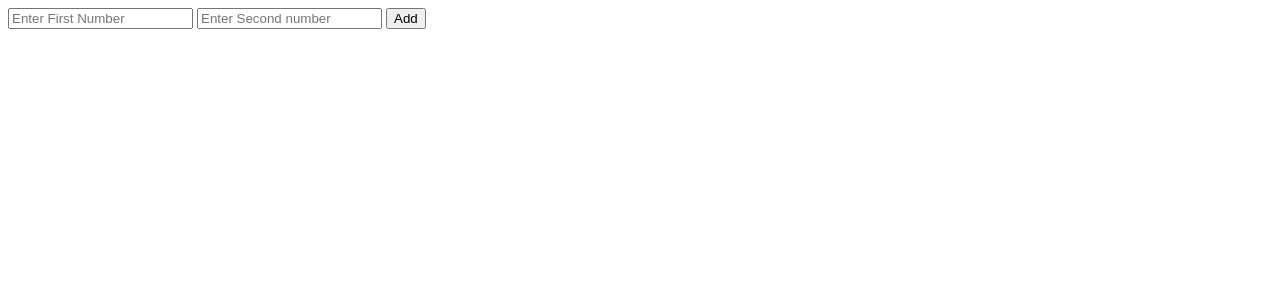
Repository: charlieactor/Skill-Distillery
Page: workspace/CalculatorWebApp/WebContent/WEB-INF/index.html
These files come from the project's save history. The page is drawn as it stood at one moment and after the next save; the edit follows.
The browser window is 1280 px wide. The pictures show the whole page.

Above is the page before, as saved 2017-07-10 23:21:54.

### workspace/CalculatorWebApp/WebContent/WEB-INF/index.html
<!DOCTYPE html>
<html>
<head>
<meta charset="UTF-8">
<title>Calculator</title>
</head>
<body>
 <form action="calculate.do" method="POST">
  <input type="text" name="firstNum" placeholder="Enter First Number">
  <input type="text" name="secondNum" placeholder="Enter Second number">
  <input type="submit" name="add" value="Add">
 </form>
</body>
</html>

After the next save:
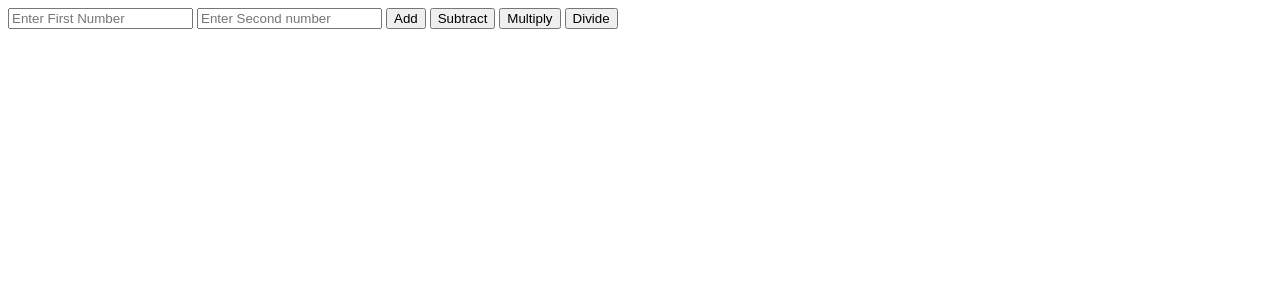
Saved 21 s later.
--- a/workspace/CalculatorWebApp/WebContent/WEB-INF/index.html
+++ b/workspace/CalculatorWebApp/WebContent/WEB-INF/index.html
@@ -9,6 +9,9 @@
   <input type="text" name="firstNum" placeholder="Enter First Number">
   <input type="text" name="secondNum" placeholder="Enter Second number">
   <input type="submit" name="add" value="Add">
+  <input type="submit" name="subtract" value="Subtract">
+  <input type="submit" name="multiply" value="Multiply">
+  <input type="submit" name="divide" value="Divide">
  </form>
 </body>
 </html>
